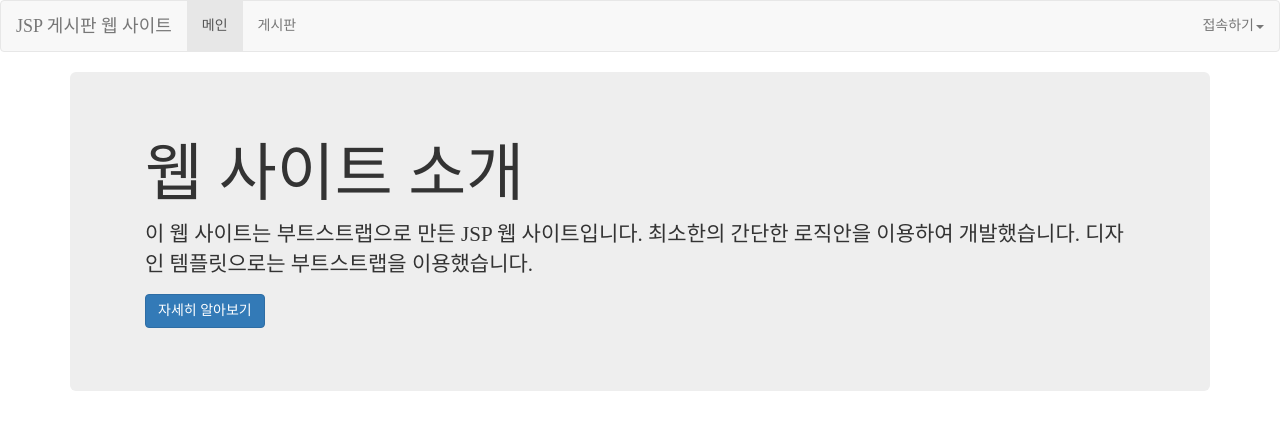
Repository: E-SeongMin/Bulletin-Board-System
Page: http://localhost/BBS_Project/BBS_Content/main.jsp
The author's editor kept a copy of each file at every save. The page is drawn from the files as they stood at one save, then again after the next save.
The browser window is 1280 px wide. The pictures show the whole page.
Some web fonts or font styles are not loaded; a fallback is used. Some web libraries are served in a nearby version. The page is served by Tomcat 9. Other server files are loaded and not shown.

Above is the page before, as saved 2021-05-20 09:34:10.

### projects/BBS_Project/BBS_Content/main.jsp
<%@ page language="java" contentType="text/html; charset=UTF-8"
    pageEncoding="UTF-8"%>
<%@ page import="java.io.PrintWriter" %>
<!DOCTYPE html>
<html>
<head>
<meta http-equiv="Content-Type" content="text/html; charset=UTF-8">
<meta name="viewport" content="width=device-width", initial-scale="1">
<link rel="stylesheet" href="css/bootstrap.css">
<link rel="stylesheet" href="css/custom.css">
<title>JSP 게시판 웹 사이트</title>
</head>
<body>
	<%
		String userID = null;
		if(session.getAttribute("userID") != null) {
			userID = (String) session.getAttribute("userID");
		}
	%>
	<nav class="navbar navbar-default">
		<div class="navbar-header">
			<button type="button" class="navbar-toggle collapsed"
				data-toggle="collapse" data-target="#bs-example-navbar-collapse-1"
				aria-expanded="false">
				<span class="icon-bar"></span>
				<span class="icon-bar"></span>
				<span class="icon-bar"></span>
			</button>
			<a class="navbar-brand" href="main.jsp">JSP 게시판 웹 사이트</a>
		</div>
		<div class="collapse navbar-collapse" id="bs-example-navbar-collapse-1">
			<ul class="nav navbar-nav">
				<li class="active"><a href="main.jsp">메인</a></li>
				<li><a href="bbs.jsp">게시판</a></li>
			</ul>
			<%
				if(userID == null) {
			%>
			<ul class="nav navbar-nav navbar-right">
				<li class="dropdown">
					<a href="#" class="dropdown-toggle"
						data-toggle="dropdown" role="button" aria-haspopup="true"
						aria-expanded="false">접속하기<span class="caret"></span></a>
					<ul class="dropdown-menu">
						<li><a href="login.jsp">로그인</a></li>
						<li><a href="join.jsp">회원가입</a></li>
					</ul>
				</li>
			</ul>
			<%
				} else {
			%>
			<ul class="nav navbar-nav navbar-right">
				<li class="dropdown">
					<a href="#" class="dropdown-toggle"
						data-toggle="dropdown" role="button" aria-haspopup="true"
						aria-expanded="false">회원관리<span class="caret"></span></a>
					<ul class="dropdown-menu">
						<l><a href="logoutAction.jsp">로그아웃</a></li>
					</ul>
				</li>
			</ul>
			<%
				}
			%>
		</div>
	</nav>
	<div class="container">
		<div class="jumbotron">
			<div class="container">
				<h1>웹 사이트 소개</h1>
				<p>이 웹 사이트는 부트스트랩으로 만든 JSP 웹 사이트입니다. 최소한의 간단한 로직안을 이용하여 개발했습니다. 디자인 템플릿으로는 부트스트랩을 이용했습니다.</p>
				<p><a class="btn btn-primary btn-pull" href="#" role="button">자세히 알아보기</a></p>
			</div>
		</div>
	</div>
	<script src="https://code.jquery.com/jquery-3.1.1.min.js"></script>
	<script src="js/bootstrap.js"></script>
</body>
</html>

### projects/BBS_Project/BBS_Content/css/custom.css
@import url(http://fonts.googleopis.com/earlyaccess/nanumgothic.css);
@import url(http://fonts.googleopis.com/earlyaccess/hanna.css);
* {
	font-family : "Nanum Gothic";
}
h1 {
	font-family : "Hanna";
}

Loaded but not shown: projects/BBS_Project/BBS_Content/css/bootstrap.css (library); projects/BBS_Project/BBS_Content/js/bootstrap.js (library)

After the next save:
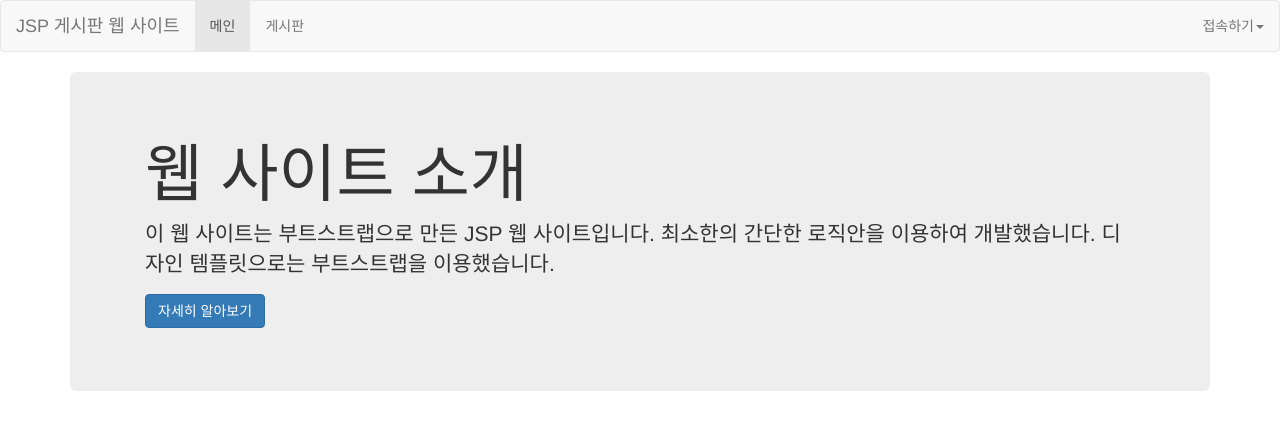
Saved 16 s later.
--- a/projects/BBS_Project/BBS_Content/main.jsp
+++ b/projects/BBS_Project/BBS_Content/main.jsp
@@ -7,7 +7,6 @@
 <meta http-equiv="Content-Type" content="text/html; charset=UTF-8">
 <meta name="viewport" content="width=device-width", initial-scale="1">
 <link rel="stylesheet" href="css/bootstrap.css">
-<link rel="stylesheet" href="css/custom.css">
 <title>JSP 게시판 웹 사이트</title>
 </head>
 <body>

After the save that followed:
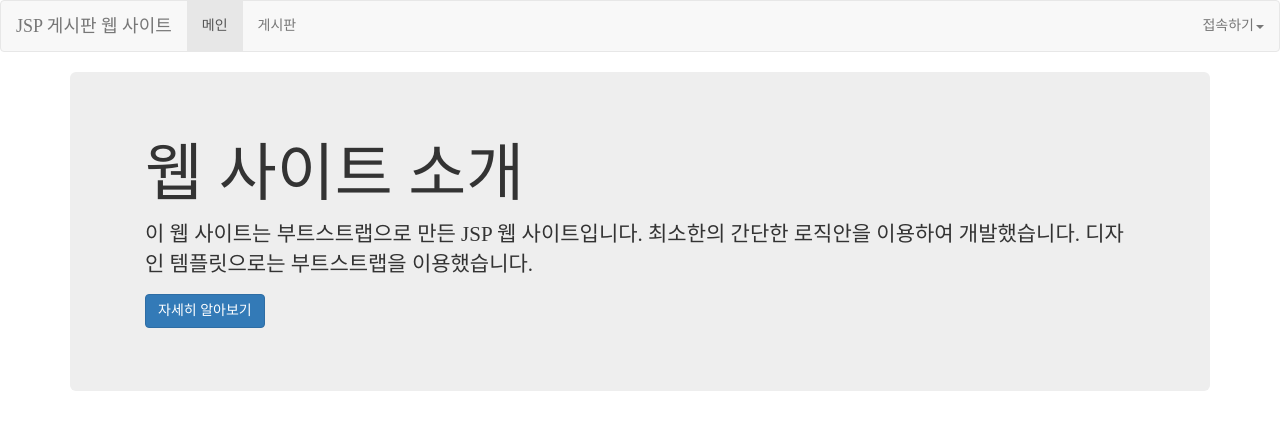
Saved 7 s later.
--- a/projects/BBS_Project/BBS_Content/main.jsp
+++ b/projects/BBS_Project/BBS_Content/main.jsp
@@ -7,6 +7,7 @@
 <meta http-equiv="Content-Type" content="text/html; charset=UTF-8">
 <meta name="viewport" content="width=device-width", initial-scale="1">
 <link rel="stylesheet" href="css/bootstrap.css">
+<link rel="stylesheet" href="css/custom.css">
 <title>JSP 게시판 웹 사이트</title>
 </head>
 <body>
